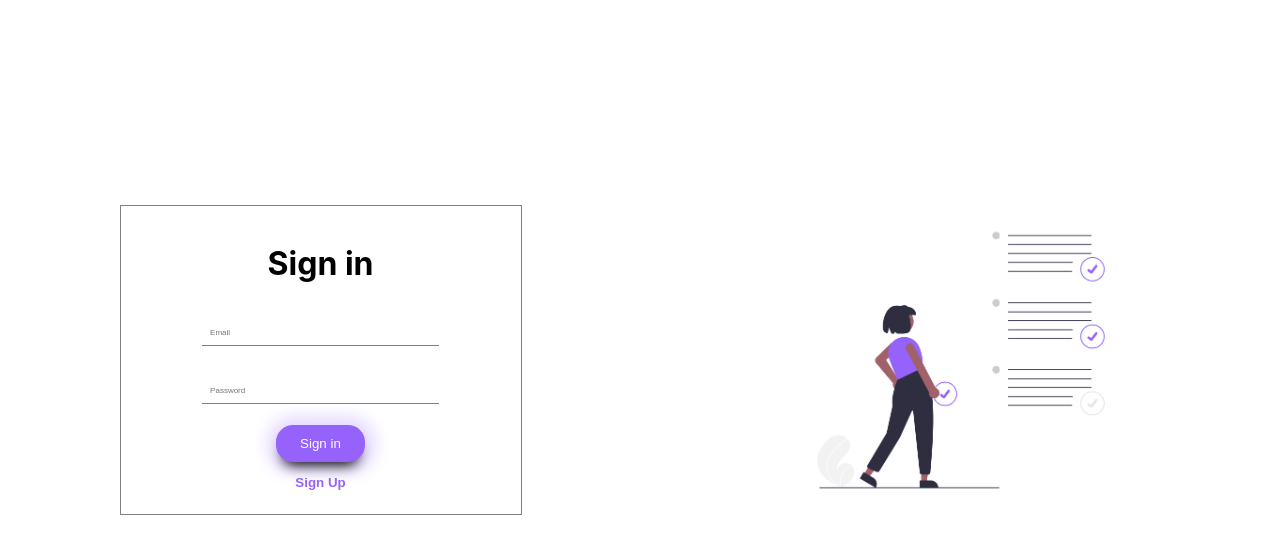
Repository: EEOOOO/wanted-pre-onboarding-fe
Page: / (app in to-do-list-app/)
The author's editor kept a copy of each file at every save. The page is drawn from the files as they stood at one save, then again after the next save.
The browser window is 1280 px wide. The pictures show the whole page.
The project was rebuilt for these pictures with package versions that can differ from the ones it lists, and the page was loaded fresh each time. Also part of the build but not shown: to-do-list-app/src/components/sign_up/sign_up.module.css, to-do-list-app/src/components/sign_up/sign_up.jsx, to-do-list-app/src/components/todoList/todo_list.jsx.

Above is the page before, as saved 2022-08-22 00:35:49.

### to-do-list-app/public/index.html
<!DOCTYPE html>
<html lang="en">
  <head>
    <meta charset="utf-8" />
    <link rel="icon" href="%PUBLIC_URL%/logo.png" />
    <meta name="viewport" content="width=device-width, initial-scale=1" />
    <meta name="theme-color" content="#000000" />
    <meta
      name="description"
      content="Web site created using create-react-app"
    />
    <link rel="apple-touch-icon" href="%PUBLIC_URL%/logo.png" />
    <link rel="manifest" href="%PUBLIC_URL%/manifest.json" />
    <title>Todo List App</title>
  </head>
  <body>
    <div id="root"></div>
  </body>
</html>

### to-do-list-app/src/App.js
import style from './app.module.css';
import { Routes, Route } from 'react-router-dom'
import Login from './components/login/login';
import TodoList from './components/todoList/todo_list';

function App() {
  return <div className={style.App}>
    <Routes>
      <Route path="/" element={<Login/>}></Route>
      <Route path="todo" element={<TodoList/>}></Route>
    </Routes>
  </div>
}

export default App;

### to-do-list-app/src/components/login/login.jsx
import React, { useState } from 'react';
import SignIn from '../sign_in/sign_in';
import SignUp from '../sign_up/sign_up';
import style from '../login/login.module.css';
import loginImage from '../login/login_img.png';

const Login = (props) => {
    const goTosignUp = () => {
        setViewableScreen(<SignUp/>)
    }
    const signIn = <SignIn goToSignUp={goTosignUp}/>
    let [viewableScreen, setViewableScreen] = useState(signIn);
    return (
        <div className={style.login}>
            <div className={style.inputContainer}>{viewableScreen}</div>
            <img src={loginImage} className={style.coverImage}/>
        </div>
    )
}

export default Login;

### to-do-list-app/src/components/sign_in/sign_in.jsx
import React from 'react';
import LoginInputForm from '../login_input_form/login_input_form';
import style from '../sign_in/sign_in.module.css'

const SignIn = ({goToSignUp}) => {
    const handleSignInSubmit = (event) => {
        //event.preventDefault();
        console.log(event);
    }
    return(
        <div className={style.signIn}>
            <h1>Sign in</h1>
            <LoginInputForm handleSubmit={handleSignInSubmit} submitContent={'Sign in'}/>
            <button className={style.signUpButton} onClick={goToSignUp}>Sign Up</button>
        </div>
    )
}

export default SignIn;

### to-do-list-app/src/components/login/login.module.css
.login {
  display: flex;
  height: 100vh;
  justify-content: space-around;
  align-items: center;
}
.inputContainer {
  width: 50%;
  border: 1px solid gray;
  min-width: 235px;
  max-width: 400px;
}
.coverImage {
  width: 50%;
  min-width: 235px;
  max-width: 400px;
}

### to-do-list-app/src/components/login_input_form/login_input_form.jsx
import React from 'react';
import style from '../login_input_form/login_input_form.module.css';
const LoginInputForm = ({handleSubmit, submitContent}) => {
    return (
    <form className={style.inputForm} onSubmit={handleSubmit}>
        <div className={style.email}>
            <input
            type="text"
            className={style.inputEmail}
            placeholder='Email'></input>
        </div>
        <div className={style.password}>
            <input
            type="text"
            className={style.inputPassWord}
            placeholder='Password'></input>
        </div>
        <button type="submit" className={style.submitButton}>{submitContent}</button>
    </form>
    );
};

export default LoginInputForm;

### to-do-list-app/src/components/sign_in/sign_in.module.css
.signIn {
  padding: 1rem;
}
.signUpButton {
  background-color: transparent;
  border: none;
  padding: 0.5rem;
  color: rgb(149, 99, 251);
  font-weight: 600;
}

### to-do-list-app/src/components/login_input_form/login_input_form.module.css
.email,
.password {
  display: flex;
  flex-direction: column;
  align-items: center;
}
input {
  width: 60%;
  font-size: 0.5rem;
  padding: 0.5rem;
  margin: 1rem;
  border: none;
  border-bottom: 0.5px solid gray;
}
.submitButton {
  background-color: rgb(149, 99, 251);
  color: white;
  border: none;
  padding: 0.7rem 1.5rem;
  border-radius: 17px;
  margin: 0.3rem;
  -webkit-box-shadow: 0px 10px 13px -7px #000000,
    1px 1px 15px 10px rgba(149, 99, 251, 0.23);
  box-shadow: 0px 10px 13px -7px #000000,
    1px 1px 15px 10px rgba(149, 99, 251, 0.23);
}

Loaded but not shown: to-do-list-app/src/index.js (common file); to-do-list-app/src/index.css (common file); to-do-list-app/src/reportWebVitals.js (common file); to-do-list-app/src/app.module.css (common file)

After the next save:
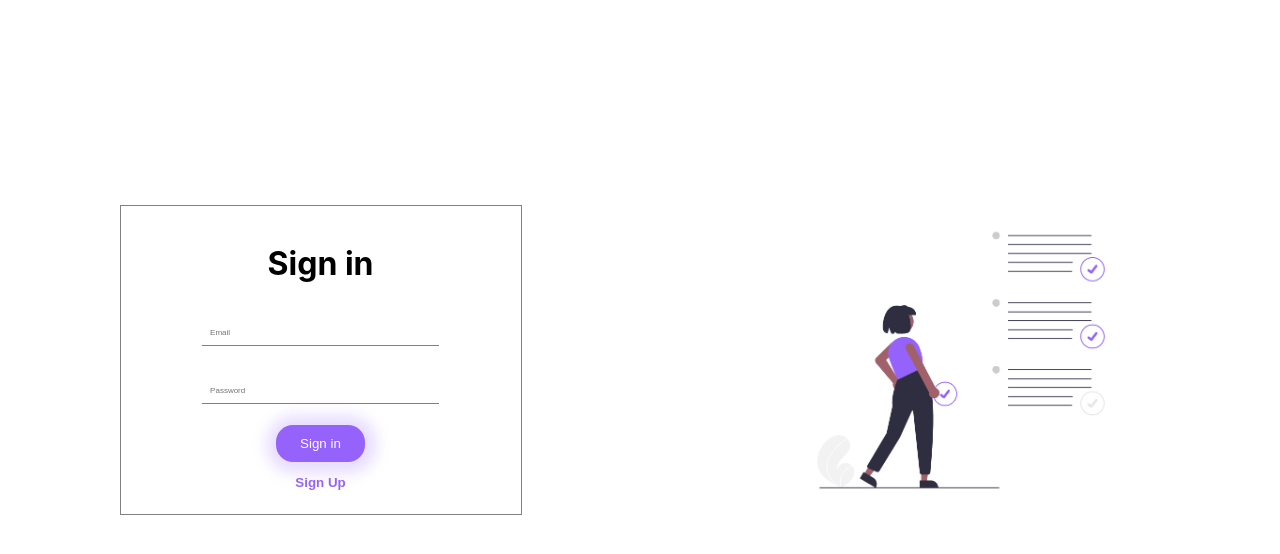
Saved 20 s later.
--- a/to-do-list-app/src/components/login_input_form/login_input_form.module.css
+++ b/to-do-list-app/src/components/login_input_form/login_input_form.module.css
@@ -19,8 +19,6 @@ input {
   padding: 0.7rem 1.5rem;
   border-radius: 17px;
   margin: 0.3rem;
-  -webkit-box-shadow: 0px 10px 13px -7px #000000,
-    1px 1px 15px 10px rgba(149, 99, 251, 0.23);
-  box-shadow: 0px 10px 13px -7px #000000,
-    1px 1px 15px 10px rgba(149, 99, 251, 0.23);
+  -webkit-box-shadow: 1px 1px 15px 10px rgba(149, 99, 251, 0.23);
+  box-shadow: 1px 1px 15px 10px rgba(149, 99, 251, 0.23);
 }
